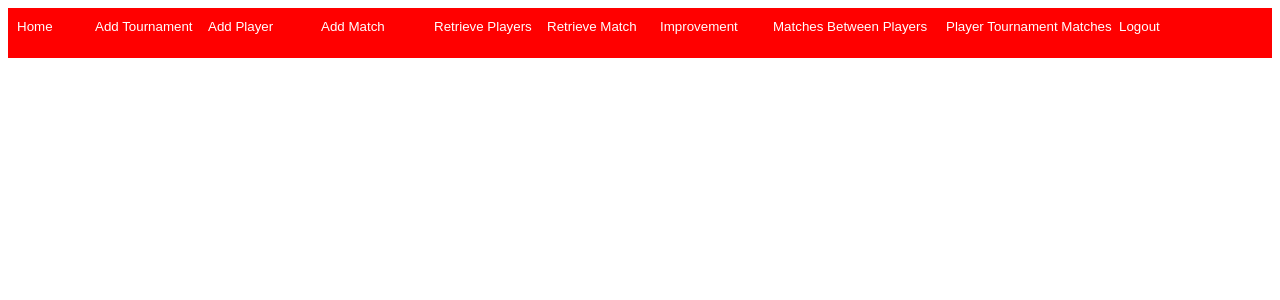
Repository: prm2711/javaapps
Page: http://localhost/Tournament/front.jsp
These files come from the project's save history. The page is drawn as it stood at one moment and after the next save; the edit follows.
The browser window is 1280 px wide. The pictures show the whole page.
The page is served by Tomcat 9. The session is filled in as if someone had signed in: {"name": "admin", "username": "admin"}.

Above is the page before, as saved 2018-01-29 05:15:24.

After the next save:
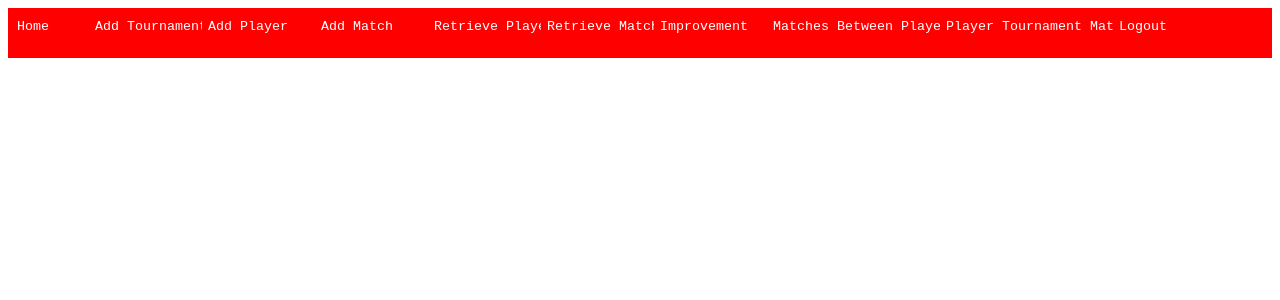
Saved 2 min 44 s later.
--- a/eclipse-workspace/Tournament/WebContent/css/front.css
+++ b/eclipse-workspace/Tournament/WebContent/css/front.css
@@ -12,7 +12,6 @@
     font-size: 20px;
     width: 110px;
     padding-left: 3px;
-    font-family: "Lucida" Grande, sans-serif;
 }
 
 .home,.logout {
@@ -30,7 +29,7 @@
     font-size: 20px;
     width: 100px;
     padding: 10px 0px;
-    font-family: "Lucida" Grande, sans-serif;
+    font-family:Courier New;
 }
 
 li .form-button-home {
@@ -49,6 +48,7 @@
     text-decoration: none;
     border: 0px;
     background-color: red;
+    font-family:Courier New;
 }
 
 

After the save that followed:
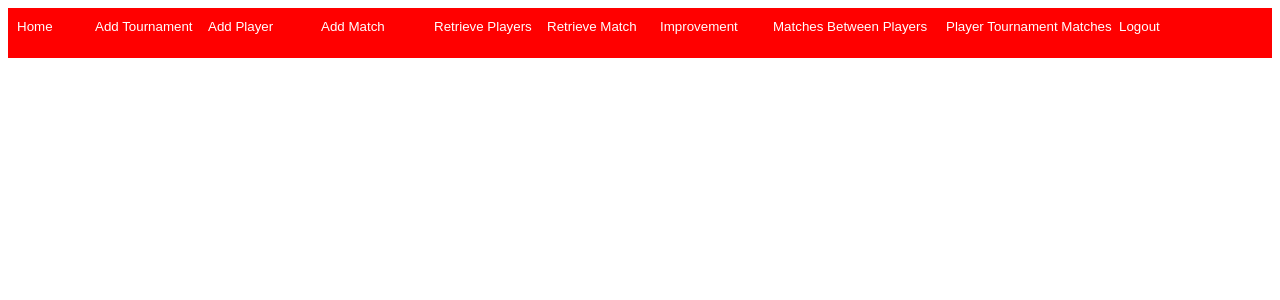
Saved 46 s later.
--- a/eclipse-workspace/Tournament/WebContent/css/front.css
+++ b/eclipse-workspace/Tournament/WebContent/css/front.css
@@ -29,15 +29,7 @@
     font-size: 20px;
     width: 100px;
     padding: 10px 0px;
-    font-family:Courier New;
-}
 
-li .form-button-home {
-	width: 50px;
-}
-
-li .form-button-match {
-	width: 140px;
 }
 
 .button-add {
@@ -48,7 +40,6 @@
     text-decoration: none;
     border: 0px;
     background-color: red;
-    font-family:Courier New;
 }
 
 
